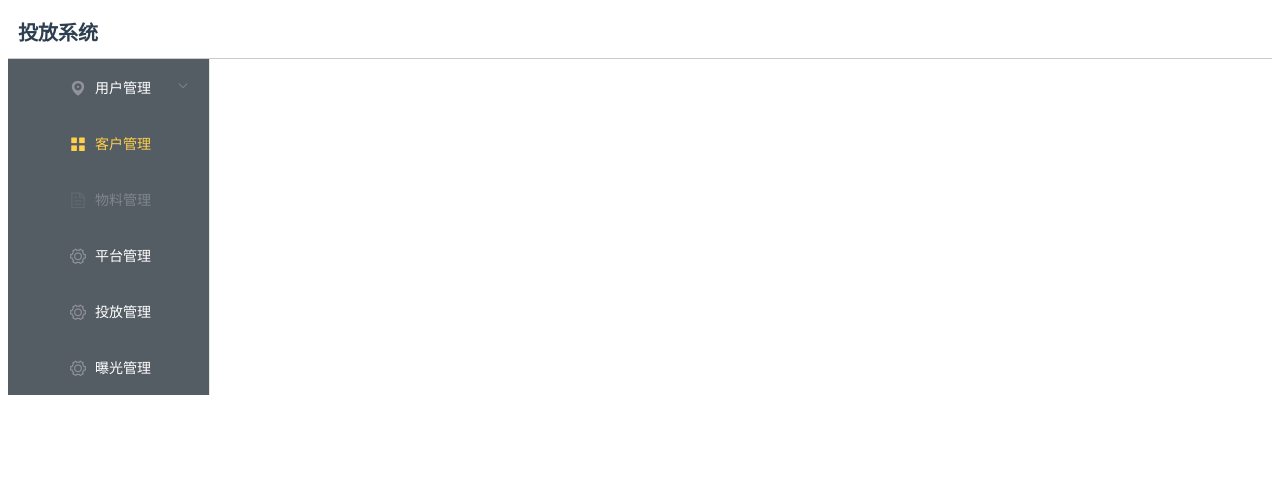
Repository: li1195382526/buy
Page: /
These files come from the project's save history. The page is drawn as it stood at one moment and after the next save; the edit follows.
The browser window is 1280 px wide. The pictures show the whole page.
The project was rebuilt for these pictures with package versions that can differ from the ones it lists, and the page was loaded fresh each time. Also part of the build but not shown: src/components/HelloWorld.vue.

Above is the page before, as saved 2021-06-04 17:12:20.

### index.html
<!DOCTYPE html>
<html>
  <head>
    <meta charset="utf-8">
    <meta name="viewport" content="width=device-width,initial-scale=1.0">
    <title>buy</title>
  </head>
  <body>
    <div id="app"></div>
    <!-- built files will be auto injected -->
  </body>
</html>

### src/main.js
// The Vue build version to load with the `import` command
// (runtime-only or standalone) has been set in webpack.base.conf with an alias.
import Vue from 'vue'
import App from './App'
import router from './router'
import ElementUI from 'element-ui'
import 'element-ui/lib/theme-chalk/index.css'
import less from 'less'

Vue.use(less)

Vue.config.productionTip = false
Vue.use(ElementUI)
/* eslint-disable no-new */
new Vue({
  el: '#app',
  router,
  components: { App },
  template: '<App/>'
})

### src/router/index.js
import Vue from 'vue'
import Router from 'vue-router'
import HelloWorld from '@/components/HelloWorld'
import Home from '../page/index'

Vue.use(Router)

export default new Router({
  routes: [
    {
      path: '/',
      name: 'index',
      component: Home
    }
  ]
})

### src/page/index.vue
<template>
    <div>
        <vheader></vheader>
        <div class="box">
            <meun></meun>

        </div>
    </div>
</template>
<script>
import vheader from './header/index'
import meun from './meun/index'
export default {
    components:{
        vheader,meun
    },
    setup() {

    },
    data(){

    }
}
</script>
<style scoped lang="less">
.box{
    width: 100%;
    height: 100%;
    display: flex;
}
</style>

### src/page/header/index.vue
<template>
    <div class="header">
        <div class="sys">
            投放系统
        </div>
    </div>
</template>
<script>
export default {
    setup() {

    },
}
</script>
<style scoped lang="less">
.header{
    height: 50px;
    line-height: 50px;
    border-bottom:1px solid #ccc;
    .sys{
        font-size: 20px;
        font-weight: 600;
        display: flex;
        margin-left: 10px;
    }
}
</style>

### src/page/meun/index.vue
<template>
<div class="meun">
    <el-row class="tac">
  <el-col :span="12">
    <el-menu
      default-active="2"
      class="el-menu-vertical-demo"
      @open="handleOpen"
      @close="handleClose"
      background-color="#545c64"
      text-color="#fff"
      active-text-color="#ffd04b">
      <el-submenu index="1">
        <template slot="title">
          <i class="el-icon-location"></i>
          <span>用户管理</span>
        </template>
        <el-menu-item-group>
          <template slot="title">分组一</template>
          <el-menu-item index="1-1">选项1</el-menu-item>
          <el-menu-item index="1-2">选项2</el-menu-item>
        </el-menu-item-group>
        <el-menu-item-group title="分组2">
          <el-menu-item index="1-3">选项3</el-menu-item>
        </el-menu-item-group>
        <el-submenu index="1-4">
          <template slot="title">选项4</template>
          <el-menu-item index="1-4-1">选项1</el-menu-item>
        </el-submenu>
      </el-submenu>
      <el-menu-item index="2">
        <i class="el-icon-menu"></i>
        <span slot="title">客户管理</span>
      </el-menu-item>
      <el-menu-item index="3" disabled>
        <i class="el-icon-document"></i>
        <span slot="title">物料管理</span>
      </el-menu-item>
      <el-menu-item index="4">
        <i class="el-icon-setting"></i>
        <span slot="title">平台管理</span>
      </el-menu-item>
      <el-menu-item index="5">
        <i class="el-icon-setting"></i>
        <span slot="title">投放管理</span>
      </el-menu-item>
      <el-menu-item index="5">
        <i class="el-icon-setting"></i>
        <span slot="title">曝光管理</span>
      </el-menu-item>
    </el-menu>
  </el-col>
</el-row>
</div>
</template>

<script>
  export default {
    methods: {
      handleOpen(key, keyPath) {
        console.log(key, keyPath);
      },
      handleClose(key, keyPath) {
        console.log(key, keyPath);
      }
    }
  }
</script>
<style scoped lang="less">
.meun{
    width: 404px;
    height: 70vh;
}
</style>

Loaded but not shown: src/App.vue (common file)

After the next save:
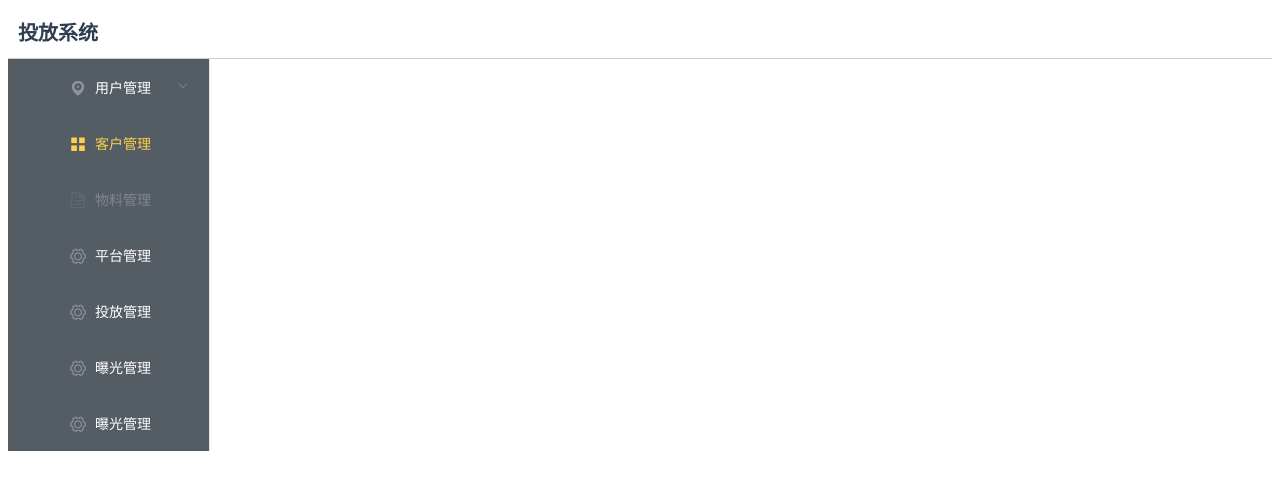
Saved 5 s later.
--- a/src/page/meun/index.vue
+++ b/src/page/meun/index.vue
@@ -48,6 +48,10 @@
         <i class="el-icon-setting"></i>
         <span slot="title">曝光管理</span>
       </el-menu-item>
+        <el-menu-item index="5">
+        <i class="el-icon-setting"></i>
+        <span slot="title">曝光管理</span>
+      </el-menu-item>
     </el-menu>
   </el-col>
 </el-row>
